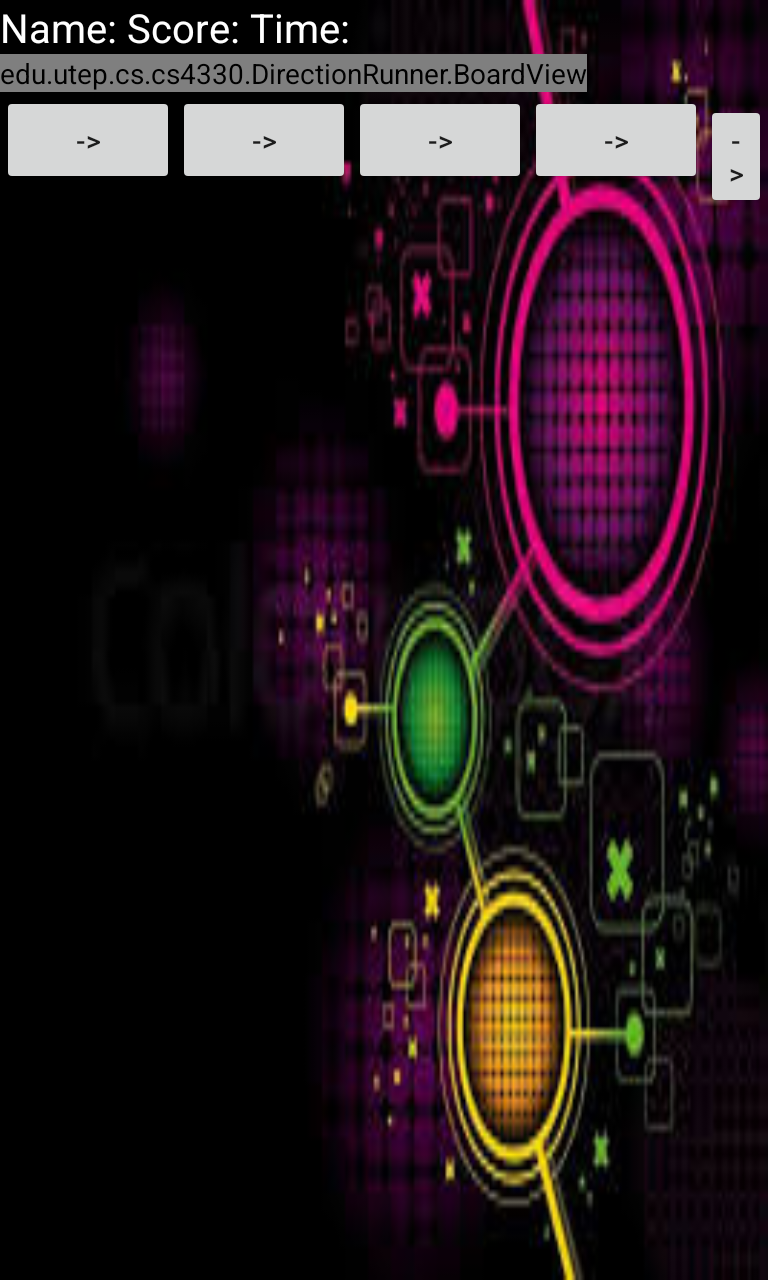
Repository: RedJaVa68/DirectionRunner
Layout: DirectionRunner/res/layout/game_activity.xml
The author's editor kept a copy of each file at every save. The layout is drawn from the files as they stood at one save, then again after the next save.
Pictures or frames that could not be fetched are drawn as grey boxes. It is drawn on a 768 x 1280 px phone screen (xhdpi) without system bars, with theme AppTheme; the app's code is not run.

Above is the layout before, as saved 2015-05-06 15:29:31.

### DirectionRunner/res/layout/game_activity.xml
<?xml version="1.0" encoding="utf-8"?>
<LinearLayout xmlns:android="http://schemas.android.com/apk/res/android"
    android:layout_width="match_parent"
    android:layout_height="match_parent"
    android:orientation="vertical"
    android:weightSum="3"
    android:background="@drawable/bg">
    <LinearLayout
        android:layout_width="wrap_content"
        android:layout_height="wrap_content"
        android:orientation="horizontal">
        <TextView
            android:layout_width="1"
            android:id="@+id/Name: "
            android:layout_width="wrap_content"
            android:layout_height="wrap_content"
            android:text="Name: "
            android:textSize="20sp"
            android:textColor="#ffffff"/>"
        <TextView
            android:layout_width="1"
            android:id="@+id/scoreText"
            android:layout_width="wrap_content"
            android:layout_height="wrap_content"
            android:text="Score: "
            android:textSize="20sp"
            android:textColor="#ffffff"/>

        <TextView
            android:layout_width="1"
            android:id="@+id/clock"
            android:layout_width="wrap_content"
            android:layout_height="wrap_content"
            android:text="Time: "
            android:textSize="20sp"
            android:textColor="#ffffff"/>

    </LinearLayout>
    <LinearLayout
        android:layout_width="wrap_content"
        android:layout_height="wrap_content"
        android:orientation="horizontal">
        <edu.utep.cs.cs4330.DirectionRunner.BoardView
            android:layout_width="1"
        	android:id="@+id/boardView"
        	android:layout_width="wrap_content"
        	android:layout_height="wrap_content"/>
    </LinearLayout>
    <LinearLayout
        android:layout_width="wrap_content"
        android:layout_height="wrap_content"
        android:orientation="horizontal"
        android:layout_below="@id/boardView">
        <Button
            android:layout_width="1"
        	android:id="@+id/button1"
        	android:layout_width="wrap_content"
        	android:layout_height="wrap_content"
        	android:text="->"
        	android:onClick="button1"/>
        <Button
            android:layout_width="1"
            android:id="@+id/button2"
            android:layout_width="wrap_content"
            android:layout_height="wrap_content"
            android:text="->"
            android:onClick="button2"/>
        <Button
            android:layout_width="1"
        	android:id="@+id/button3"
        	android:layout_width="wrap_content"
        	android:layout_height="wrap_content"
        	android:text="->"
        	android:onClick="button3"/>
        <Button
            android:layout_width="1"
            android:id="@+id/button4"
            android:layout_width="wrap_content"
            android:layout_height="wrap_content"
            android:text="->"
            android:onClick="button4"/>
        <Button
            android:layout_width="1"
        	android:id="@+id/button5"
        	android:layout_width="wrap_content"
        	android:layout_height="wrap_content"
        	android:text="->"
        	android:onClick="button5"/>
    </LinearLayout>
</LinearLayout>

Loaded but not shown: DirectionRunner/res/values/styles.xml (common file); DirectionRunner/res/values-v11/styles.xml (common file); DirectionRunner/res/values-v14/styles.xml (common file)

After the next save:
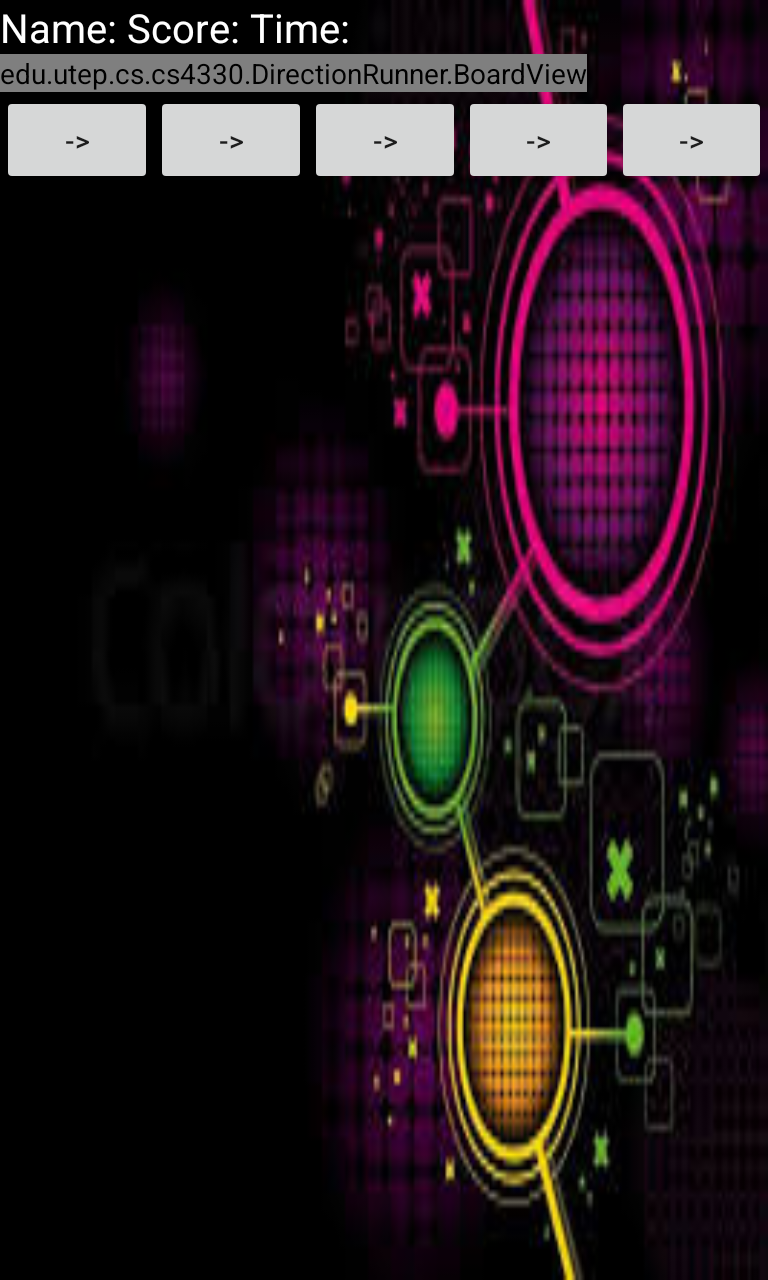
Saved 59 s later.
--- a/DirectionRunner/res/layout/game_activity.xml
+++ b/DirectionRunner/res/layout/game_activity.xml
@@ -10,7 +10,7 @@
         android:layout_height="wrap_content"
         android:orientation="horizontal">
         <TextView
-            android:layout_width="1"
+           android:layout_weight="1"
             android:id="@+id/Name: "
             android:layout_width="wrap_content"
             android:layout_height="wrap_content"
@@ -18,7 +18,7 @@
             android:textSize="20sp"
             android:textColor="#ffffff"/>"
         <TextView
-            android:layout_width="1"
+            android:layout_weight="1"
             android:id="@+id/scoreText"
             android:layout_width="wrap_content"
             android:layout_height="wrap_content"
@@ -27,7 +27,7 @@
             android:textColor="#ffffff"/>
 
         <TextView
-            android:layout_width="1"
+            android:layout_weight="1"
             android:id="@+id/clock"
             android:layout_width="wrap_content"
             android:layout_height="wrap_content"
@@ -41,7 +41,7 @@
         android:layout_height="wrap_content"
         android:orientation="horizontal">
         <edu.utep.cs.cs4330.DirectionRunner.BoardView
-            android:layout_width="1"
+            android:layout_weight="1"
         	android:id="@+id/boardView"
         	android:layout_width="wrap_content"
         	android:layout_height="wrap_content"/>
@@ -52,35 +52,35 @@
         android:orientation="horizontal"
         android:layout_below="@id/boardView">
         <Button
-            android:layout_width="1"
+            android:layout_weight="1"
         	android:id="@+id/button1"
         	android:layout_width="wrap_content"
         	android:layout_height="wrap_content"
         	android:text="->"
         	android:onClick="button1"/>
         <Button
-            android:layout_width="1"
+            android:layout_weight="1"
             android:id="@+id/button2"
             android:layout_width="wrap_content"
             android:layout_height="wrap_content"
             android:text="->"
             android:onClick="button2"/>
         <Button
-            android:layout_width="1"
+            android:layout_weight="1"
         	android:id="@+id/button3"
         	android:layout_width="wrap_content"
         	android:layout_height="wrap_content"
         	android:text="->"
         	android:onClick="button3"/>
         <Button
-            android:layout_width="1"
+            android:layout_weight="1"
             android:id="@+id/button4"
             android:layout_width="wrap_content"
             android:layout_height="wrap_content"
             android:text="->"
             android:onClick="button4"/>
         <Button
-            android:layout_width="1"
+            android:layout_weight="1"
         	android:id="@+id/button5"
         	android:layout_width="wrap_content"
         	android:layout_height="wrap_content"
